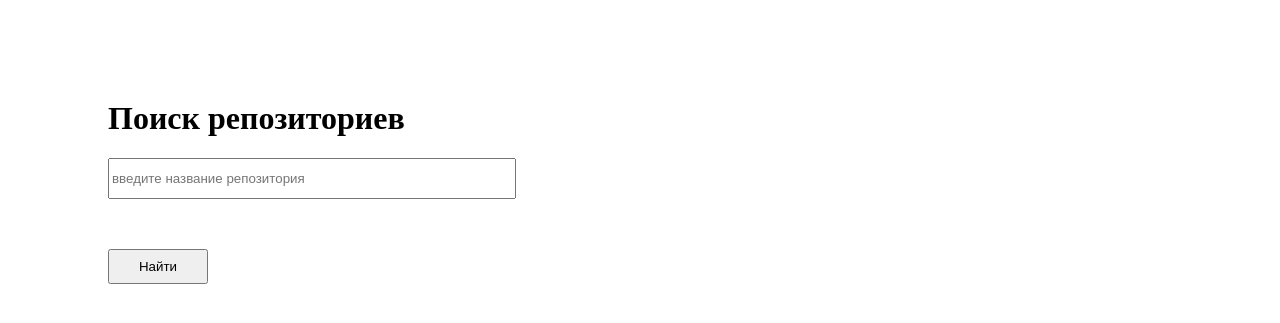
Repository: Grid-Master/repositoriesSearch
Page: index.html
These files come from the project's save history. The page is drawn as it stood at one moment and after the next save; the edit follows.
The browser window is 1280 px wide. The pictures show the whole page.

Above is the page before, as saved 2023-03-06 00:59:53.

### index.html
<!DOCTYPE html>
<html lang="en">
  <head>
    <meta charset="UTF-8" />
    <meta http-equiv="X-UA-Compatible" content="IE=edge" />
    <meta name="viewport" content="width=device-width, initial-scale=1.0" />
    <title>git</title>
    <style>
      form {
        margin: 100px;
        margin-bottom: 0;
      }
      button {
        width: 100px;
        height: 35px;
      }
      input {
        width: 400px;
        height: 35px;
        margin-bottom: 50px;
        margin-right: 30px;
      }
      ul {
        margin: 100px;
        margin-top: 0;
        display: flex;
        flex-direction: column;
        padding: 0;
      }
      ul a {
        margin-top: 10px;
        text-decoration: none;
        font-size: 20px;
      }
      ul a:hover {
        background-color: aqua;
      }

      div {
        width: 40vw;
      }
    </style>
  </head>
  <body>
    <div>
      <form id="form" onsubmit="searchRepositories(); return false">
        <h1>Поиск репозиториев</h1>
        <input id="reposName" type="text" placeholder="введите название репозитория" />
        <button type="submit">Найти</button>
      </form>
      <ul id="list"></ul>
    </div>
    <script src="./script.js"></script>
  </body>
</html>

### script.js
let repositories = [];

async function getRepositories() {
  let response = await fetch(`https://api.github.com/repositories`);
  repositories = await response.json();
}

async function searchRepositories() {
  let name = document.getElementById('reposName').value;
  let list = document.getElementById('list');
  let repositoriesNames = [];

  list.innerHTML = null;

  if (name) {
    await getRepositories();
    repositories.map((repository) => repositoriesNames.push(repository.name));
    console.log(repositories);
    for (let i = 0; i < repositories.length; i++) {
      if (list.childNodes.length == 10) {
        break;
      } else if (repositoriesNames[i].toLowerCase().includes(name)) {
        let li = document.createElement('li');
        let link = document.createElement('a');
        link.setAttribute('href', repositories[i].html_url);
        link.setAttribute('target', '_blank');
        link.innerText = `Репозиторий - ${repositoriesNames[i]}`;
        li.innerHTML = link;
        list.append(link, `Id - ${repositories[i].id}  Создатель - ${repositories[i].owner.login}`);
      }
    }
    if (!list.hasChildNodes()) {
      list.append('Ошибка. Ничего не найдено');
    }
    document.getElementById('reposName').value = '';
  }
}

After the next save:
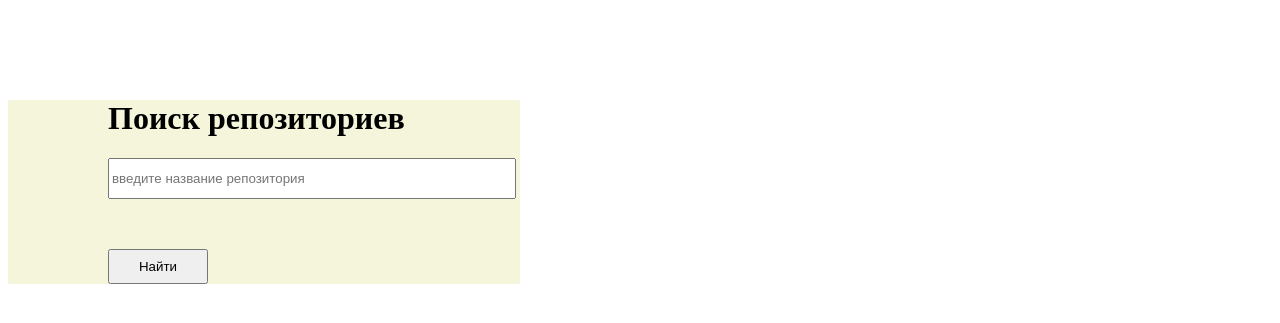
Saved 8 s later.
--- a/index.html
+++ b/index.html
@@ -38,6 +38,7 @@
 
       div {
         width: 40vw;
+        background-color: beige;
       }
     </style>
   </head>
